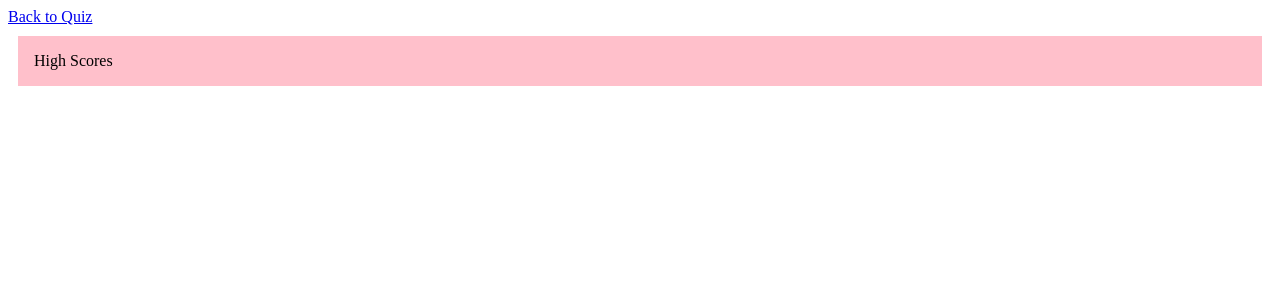
Repository: Naomilounsbury/code-quiz
Page: high-scores.html
An editor plug-in stored every save of this project. The page is shown before and after the next save, followed by the edit.
The browser window is 1280 px wide. The pictures show the whole page.

Above is the page before, as saved 2021-11-28 22:13:59.
Console error: TypeError: Cannot read properties of null (reading 'length')

After the next save:
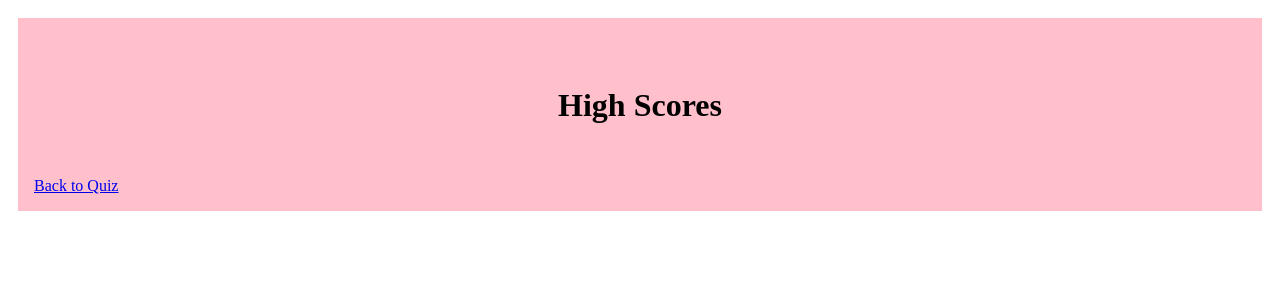
Saved 111 s later.
--- a/high-scores.html
+++ b/high-scores.html
@@ -1,5 +1,6 @@
 <!DOCTYPE html>
 <html lang="en">
+
 <head>
     <meta charset="UTF-8">
     <meta http-equiv="X-UA-Compatible" content="IE=edge">
@@ -7,12 +8,18 @@
     <title>high-scores</title>
     <link rel="stylesheet" href="./assets/css/styles.css">
 </head>
+
 <body>
-    <div class= "go-back">
-        <a href = index.html>Back to Quiz</a>
-    </div>
-    <header>High Scores</header>
+
+    <header>
+        <h1 class="title">High Scores</h1>
+        <div class="go-back">
+            <a href=index.html>Back to Quiz</a>
+        </div>
+
+    </header>
     <section class="listofscores"></section>
-    <script src = "assets/js/highscores.js"></script>
+    <script src="assets/js/highscores.js"></script>
 </body>
+
 </html>
